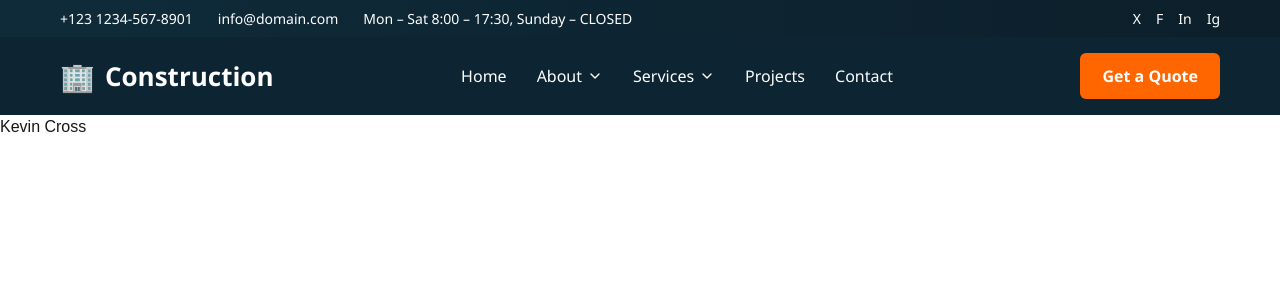
Repository: KC-Minchakpu/promise-earth
Page: /
The author's editor kept a copy of each file at every save. The page is drawn from the files as they stood at one save, then again after the next save.
The browser window is 1280 px wide. The pictures show the whole page.
The project was rebuilt for these pictures with package versions that can differ from the ones it lists, and the page was loaded fresh each time. The framework's server and built-in components were replaced by stand-ins that run in the browser. Also part of the build but not shown: next.config.ts.

Above is the page before, as saved 2026-02-26 11:35:57.

### src/app/layout.tsx
import type { Metadata } from "next";
import { Play, Poppins } from "next/font/google";
import "./globals.css";
import Header from "@/components/Header/Header";

const play = Play({
  variable: "--font-play",
  subsets: ["latin"],
  weight: ["400", "700"],
});

const poppins = Poppins({
  variable: "--font-poppins",
  subsets: ["latin"],
  weight: ["300", "400", "500", "600", "700"],
});

export const metadata: Metadata = {
  title: "Create Next App",
  description: "Generated by create next app",
};

export default function RootLayout({
  children,
}: Readonly<{
  children: React.ReactNode;
}>) {
  return (
    <html lang="en">
      <body
        className={`${play.variable} ${poppins.variable} antialiased`}
      >
        <Header />
        {children}
      </body>
    </html>
  );
}

### src/app/page.tsx


export default function Home() {
  return (
   <>
    <h1>Kevin Cross</h1>
    </>
  );
}

### src/app/globals.css
@import "tailwindcss";

:root {
  --background: #ffffff;
  --foreground: #171717;
}


@media (prefers-color-scheme: dark) {
  :root {
    --background: #0a0a0a;
    --foreground: #ededed;
  }
}

body {
  background: var(--background);
  color: var(--foreground);
  font-family: Arial, Helvetica, sans-serif;
}

### src/components/Header/Header.tsx
"use client";

import { useState } from "react";
import Link from "next/link";
import styles from "./Header.module.css";
import { ChevronDown, Menu, X } from "lucide-react";

const Header = () => {
  const [mobileOpen, setMobileOpen] = useState(false);
  const [aboutOpen, setAboutOpen] = useState(false);
  const [servicesOpen, setServicesOpen] = useState(false);

  return (
    <header className={styles.header}>
      {/* TOP BAR */}
      <div className={styles.topBar}>
        <div className={styles.topContainer}>
          <div className={styles.topLeft}>
            <span>+123 1234-567-8901</span>
            <span>info@domain.com</span>
            <span>Mon – Sat 8:00 – 17:30, Sunday – CLOSED</span>
          </div>

          <div className={styles.topRight}>
            <a href="#">X</a>
            <a href="#">F</a>
            <a href="#">In</a>
            <a href="#">Ig</a>
          </div>
        </div>
      </div>

      {/* MAIN NAV */}
      <div className={styles.navbar}>
        <div className={styles.navContainer}>
          {/* LOGO */}
          <div className={styles.logo}>
            <div className={styles.logoIcon}>🏢</div>
            <span>Construction</span>
          </div>

          {/* DESKTOP MENU */}
          <nav className={`${styles.navLinks} ${mobileOpen ? styles.show : ""}`}>
            <Link href="/" className={styles.active}>
              Home
            </Link>

            {/* ABOUT DROPDOWN */}
            <div
              className={styles.dropdown}
              onMouseEnter={() => setAboutOpen(true)}
              onMouseLeave={() => setAboutOpen(false)}
            >
              <button className={styles.dropBtn}>
                About <ChevronDown size={16} />
              </button>

              {aboutOpen && (
                <div className={styles.dropdownMenu}>
                  <Link href="/promise-earth">Promise Earth</Link>
                  <Link href="/emmanuel-benjamin">
                    Emmanuel K. Benjamin
                  </Link>
                  <Link href="/our-team">Our Team</Link>
                </div>
              )}
            </div>

            {/* SERVICES DROPDOWN */}
            <div
              className={styles.dropdown}
              onMouseEnter={() => setServicesOpen(true)}
              onMouseLeave={() => setServicesOpen(false)}
            >
              <button className={styles.dropBtn}>
                Services <ChevronDown size={16} />
              </button>

              {servicesOpen && (
                <div className={styles.dropdownMenu}>
                  <Link href="/mining">Mining</Link>
                  <Link href="/quarry">Quarry</Link>
                  <Link href="/construction">Construction</Link>
                  <Link href="/excavation">Excavation</Link>
                  <Link href="/sandstones">Sandstones</Link>
                </div>
              )}
            </div>

            <Link href="/projects">Projects</Link>
            <Link href="/contact">Contact</Link>
          </nav>

          {/* CONTACT BUTTON */}
          <div className={styles.cta}>
            <Link href="/contact">Get a Quote</Link>
          </div>

          {/* MOBILE TOGGLE */}
          <div
            className={styles.mobileToggle}
            onClick={() => setMobileOpen(!mobileOpen)}
          >
            {mobileOpen ? <X size={24} /> : <Menu size={24} />}
          </div>
        </div>
      </div>
    </header>
  );
};

export default Header;

### src/components/Header/Header.module.css
.header {
  width: 100%;
  font-family: "Segoe UI", sans-serif;
}

/* ================= TOP BAR ================= */
.topBar {
  background: linear-gradient(to right, #0f2b3a, #0c1f2a);
  color: #ffffff;
  font-size: 14px;
}

.topContainer {
  max-width: 1200px;
  margin: auto;
  padding: 8px 20px;
  display: flex;
  justify-content: space-between;
  align-items: center;
}

.topLeft span {
  margin-right: 25px;
}

.topRight a {
  margin-left: 15px;
  color: white;
  text-decoration: none;
  font-size: 14px;
}

/* ================= NAVBAR ================= */
.navbar {
  background: #0d2533;
  color: white;
}

.navContainer {
  max-width: 1200px;
  margin: auto;
  padding: 18px 20px;
  display: flex;
  align-items: center;
  justify-content: space-between;
}

/* LOGO */
.logo {
  display: flex;
  align-items: center;
  font-size: 26px;
  font-weight: bold;
}

.logoIcon {
  margin-right: 10px;
  font-size: 28px;
}

/* NAV LINKS */
.navLinks {
  display: flex;
  align-items: center;
  gap: 30px;
}

.navLinks a {
  color: white;
  text-decoration: none;
  font-weight: 500;
  position: relative;
}

.navLinks a:hover {
  color: #ff6600;
}

.active {
  color: #ff6600;
}

/* DROPDOWN */
.dropdown {
  position: relative;
}

.dropBtn {
  background: none;
  border: none;
  color: white;
  font-weight: 500;
  display: flex;
  align-items: center;
  gap: 5px;
  cursor: pointer;
}

.dropBtn:hover {
  color: #ff6600;
}

.dropdownMenu {
  position: absolute;
  top: 35px;
  left: 0;
  background: white;
  color: black;
  min-width: 200px;
  border-radius: 6px;
  box-shadow: 0 8px 20px rgba(0, 0, 0, 0.15);
  display: flex;
  flex-direction: column;
  padding: 10px 0;
  z-index: 999;
}

.dropdownMenu a {
  padding: 10px 20px;
  color: #333;
  text-decoration: none;
}

.dropdownMenu a:hover {
  background: #f3f3f3;
  color: #ff6600;
}

/* CTA BUTTON */
.cta a {
  background: #ff6600;
  padding: 12px 22px;
  border-radius: 6px;
  color: white;
  text-decoration: none;
  font-weight: bold;
  transition: 0.3s ease;
}

.cta a:hover {
  background: #e65c00;
}

/* MOBILE */
.mobileToggle {
  display: none;
  cursor: pointer;
}

/* ================= RESPONSIVE ================= */
@media (max-width: 992px) {
  .navLinks {
    position: absolute;
    top: 80px;
    left: 0;
    width: 100%;
    background: #0d2533;
    flex-direction: column;
    padding: 20px;
    display: none;
  }

  .navLinks.show {
    display: flex;
  }

  .cta {
    display: none;
  }

  .mobileToggle {
    display: block;
  }

  .dropdownMenu {
    position: relative;
    top: 0;
    box-shadow: none;
    background: #112f40;
  }

  .dropdownMenu a {
    color: white;
  }
}

After the next save:
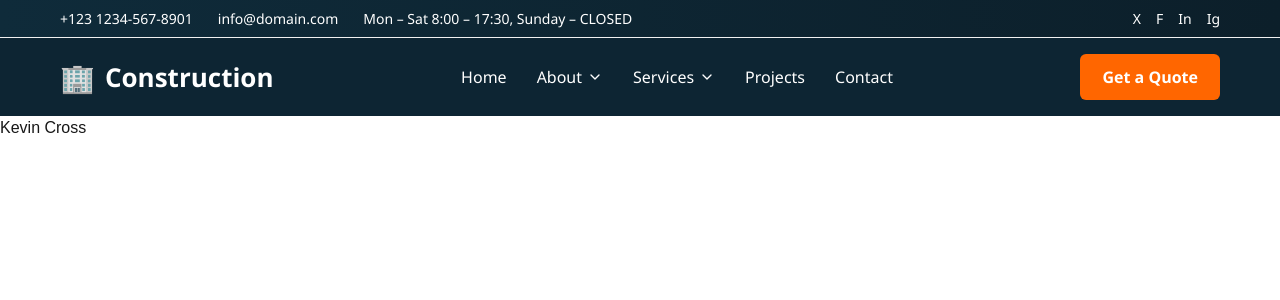
Saved 3 min 13 s later.
--- a/src/components/Header/Header.module.css
+++ b/src/components/Header/Header.module.css
@@ -7,6 +7,7 @@
 .topBar {
   background: linear-gradient(to right, #0f2b3a, #0c1f2a);
   color: #ffffff;
+  border-bottom: 1px solid #f1f1f1;
   font-size: 14px;
 }
 
